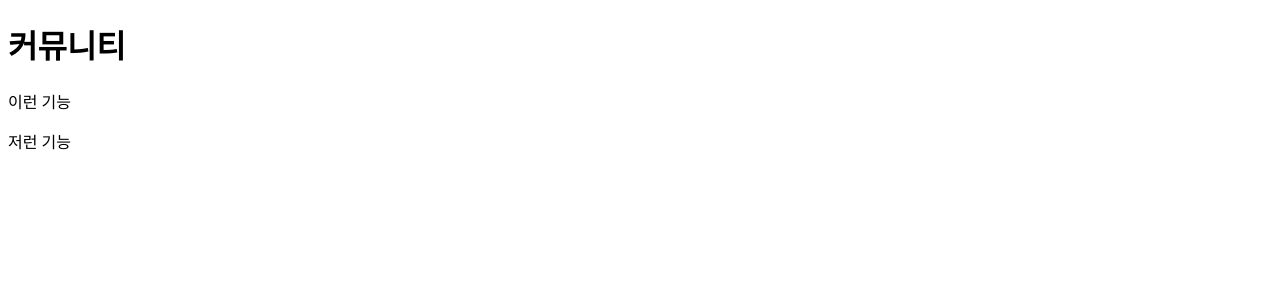
Repository: zzzzzzin/Server_Class
Page: http://localhost/JSPTest/ex04_include.jsp
The author's editor kept a copy of each file at every save. The page is drawn from the files as they stood at one save, then again after the next save.
The browser window is 1280 px wide. The pictures show the whole page.
The page is served by Tomcat 9.

Above is the page before, as saved 2024-04-01 06:17:40.

After the next save:
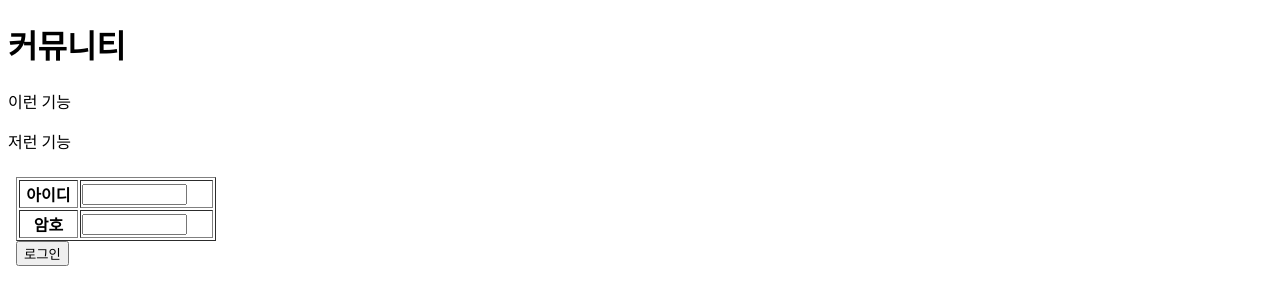
Saved 2 min 56 s later.
--- a/JSPTest/src/main/webapp/ex04_include.jsp
+++ b/JSPTest/src/main/webapp/ex04_include.jsp
@@ -13,8 +13,11 @@
 		- 조각 페이지
 	 --%>
 	 <h1>커뮤니티</h1>
+
 	 <p>이런 기능</p>
 	 <p>저런 기능</p>
 
+	 <iframe src="login.jsp" style="border:0"></iframe>
+
 </body>
 </html>
